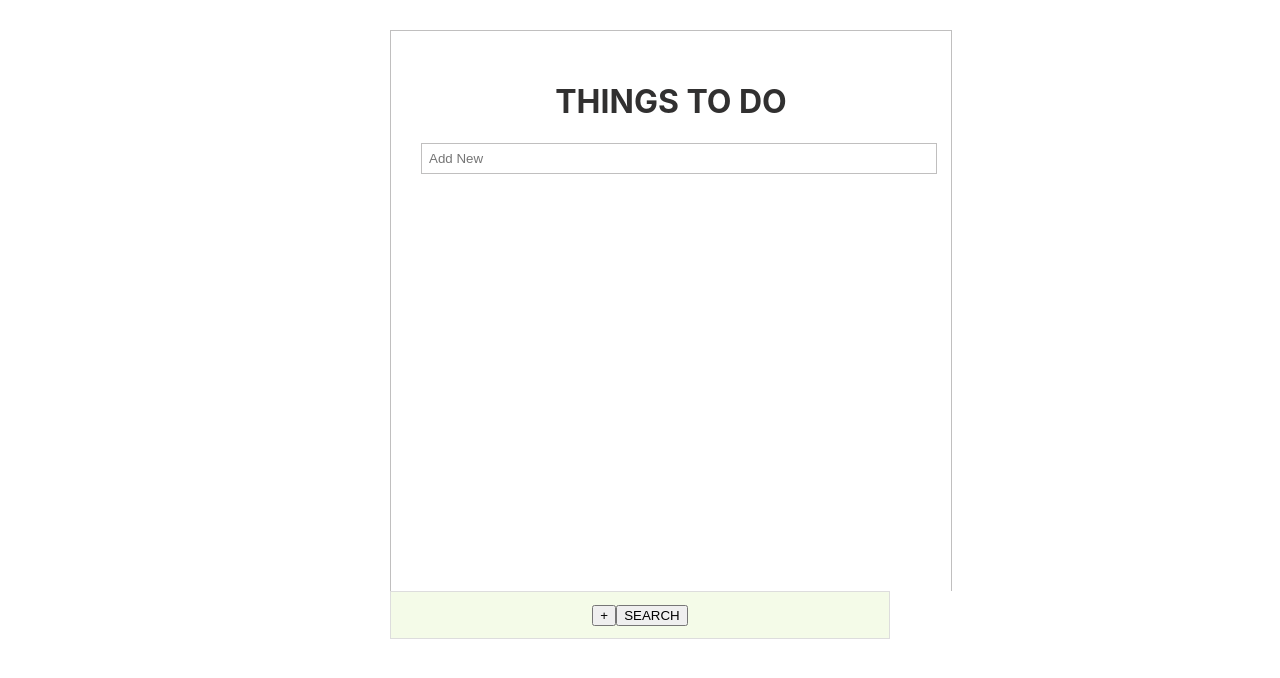
Repository: kirangautam45/To-Do-Application
Page: /
These files come from the project's save history. The page is drawn as it stood at one moment and after the next save; the edit follows.
The browser window is 1280 px wide. The pictures show the whole page.
The project was rebuilt for these pictures with package versions that can differ from the ones it lists, and the page was loaded fresh each time.

Above is the page before, as saved 2022-08-11 12:15:52.

### src/App.js
import './App.css';

function App() {
  return (
    <div>
      <div className='Body'>
      <div className='To_Body'>
        <h1 className='Header'> THINGS TO DO</h1>
        <input className='Input_text' placeholder='Add New' />
        </div>
        <div className='Wrapper_Icon_group'>
          <div  className='Icon_group'>
          <button className=''>+</button>
          <button>SEARCH</button>
          </div>
          </div>
        </div>
    </div>
  );
}

export default App;

### src/App.css
.Body {
  background-color: #ccc;
  width: 500px;
 margin: 30px auto;
display: 'flex';
text-align: center;
content: normal;


}
.Header{
  text-align: center;
  color:rgb(49, 48, 48);
}
.To_Body{
min-width: 500px;
min-height: 500px ;
justify-content: center;
background-color: #ffffff;
padding: 30px;
border: 1px rgb(192, 191, 191);
    border-top-style: none;
    border-right-style: none;
    border-left-style: none;
border-style: solid solid none;
}
.Input_text{
  outline: none;
  width: 100%;
  padding: 7px;
  border: 1px solid  rgb(192, 191, 191);
  margin-bottom: 2%;
}
.Icon_group{
  height: auto;
  width: auto;
justify-content: space-between;
border: 1px solid #ddd;
background-color: #f4fbe8;
padding: 12px 20px;
font-weight: 300
}
.Icon_group {
  height: auto;
  width: auto;
}

Loaded but not shown: public/index.html (common file); src/index.js (common file); src/index.css (common file)

After the next save:
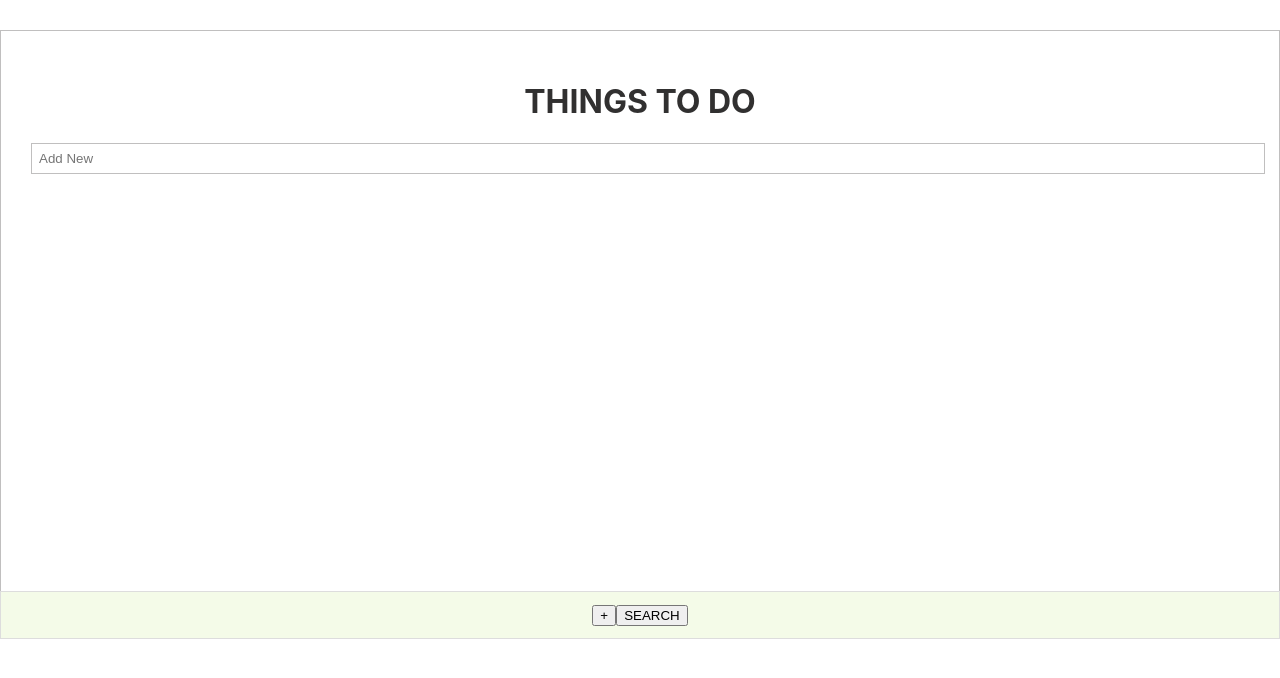
Saved 10 s later.
--- a/src/App.css
+++ b/src/App.css
@@ -1,6 +1,6 @@
 .Body {
   background-color: #ccc;
-  width: 500px;
+
  margin: 30px auto;
 display: 'flex';
 text-align: center;

After the 2 saves that followed:
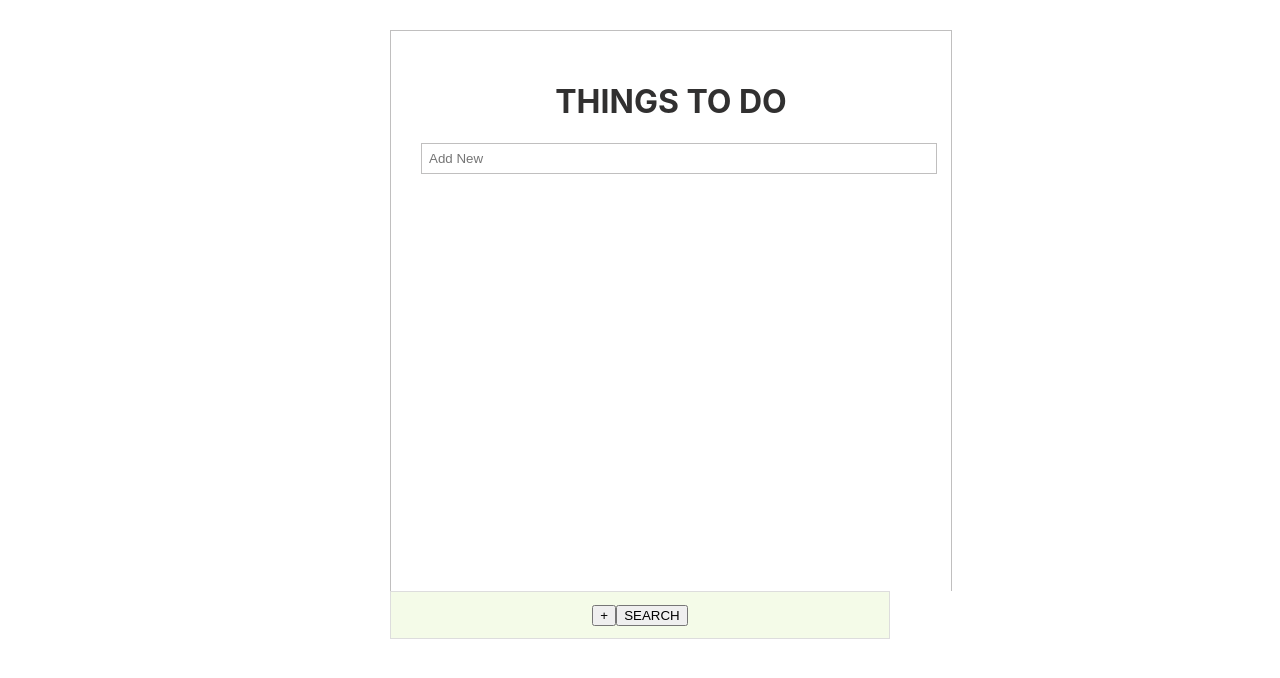
The 2 saves are shown as one change because 1 left the picture as it was.
The last was saved 14 s later.
--- a/src/App.css
+++ b/src/App.css
@@ -1,6 +1,6 @@
 .Body {
   background-color: #ccc;
-
+  width: 500px;
  margin: 30px auto;
 display: 'flex';
 text-align: center;
